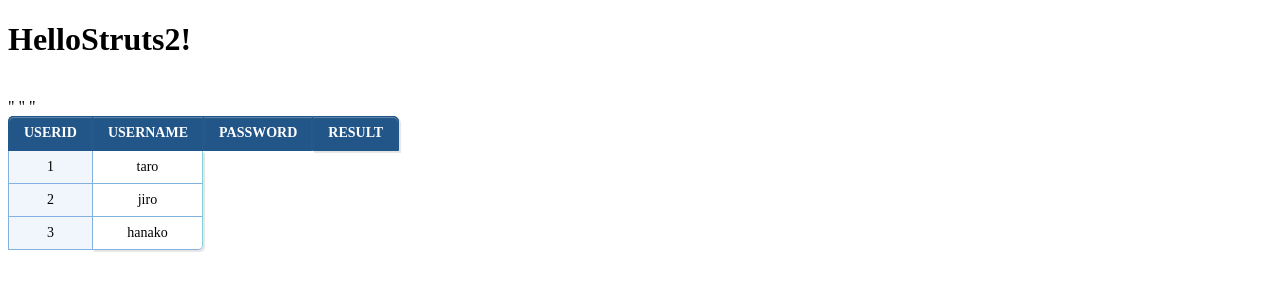
Repository: iuvfag/test
Page: http://localhost/WebProj4/HelloStrutsAction.action
An editor plug-in stored every save of this project. The page is shown before and after the next save, followed by the edit.
The browser window is 1280 px wide. The pictures show the whole page.
The page is served by Tomcat 9. Other server files are loaded and not shown. The database holds what the project's SQL file puts in it.

Above is the page before, as saved 2018-06-29 01:16:46.

### WebProj4/WebContent/hello.jsp
<%@ page language="java" contentType="text/html; charset=UTF-8"
    pageEncoding="UTF-8"%>
<%@ taglib prefix="s" uri="/struts-tags" %>
<!DOCTYPE html>
<html>
	<head>
		<meta charset="UTF-8">
		<link rel="stylesheet" type="text/css" href=".css/style.css">
		<title>HelloStruts</title>
	</head>
	<body>

		<h1>HelloStruts2!</h1>
		<br>

		<table>
			<tbody>
				<tr>
					<th>USERID</th>
					<th>USERNAME</th>
					<th>PASSWORD</th>
					<th>RESULT</th>
				</tr>

			<s:iterator value="helloStrutsDTOList">
			<!-- Listの中身を一覧表示 -->

				<tr>
					<td><s:property value="userId" /></td>
					<td><s:property value="userName" /></td>"



			</s:iterator>
			</tbody>
		</table>

	</body>
</html>

### WebProj4/src/com/internousdev/webproj4/dto/HelloStrutsDTO.java
package com.internousdev.webproj4.dto;

public class HelloStrutsDTO {

	private int userId;
	private String userName;
	private String password;
	private String result;

	public int getUserId(){
		return userId;
	}

	public void setUserId(int userId){
		this.userId = userId;
	}

	public String getUserName(){
		return userName;
	}

	public void setUserName(String userName){
		this.userName = userName;
	}

	public String getPassword(){
		return password;
	}

	public void setPassword(String password){
		this.password = password;
	}

	public String getResult(){
		return result;
	}

	public void setResult(String result){
		this.result = result;
	}


}

### WebProj4/src/com/internousdev/webproj4/dao/HelloStrutsDAO.java
package com.internousdev.webproj4.dao;

import java.sql.Connection;
import java.sql.PreparedStatement;
import java.sql.ResultSet;
import java.sql.SQLException;
import java.util.ArrayList;
import java.util.List;

import com.internousdev.webproj4.dto.HelloStrutsDTO;
import com.internousdev.webproj4.util.DBConnector;

public class HelloStrutsDAO {

	List<HelloStrutsDTO> helloStrutsDTOList = new ArrayList<HelloStrutsDTO>();

	public List<HelloStrutsDTO> sselect(){
		/**
		 * HelloStrutsDTO型のListを宣言する
		 */

		DBConnector db = new DBConnector();
		Connection con = db.getConnection();

		String sql = "select * from users";

		try{
			PreparedStatement ps = con.prepareStatement(sql);
			ResultSet rs = ps.executeQuery();

			while(rs.next()){
				HelloStrutsDTO dto = new HelloStrutsDTO();
				dto.setUserId(rs.getInt("user_id"));
				dto.setUserName(rs.getString("user_name"));
				dto.setPassword(rs.getString("password"));
				dto.setResult("MySQLと接続できます。");
				helloStrutsDTOList.add(dto);

			}

		}catch(SQLException e ){
			e.printStackTrace();
		}
		try{
			con.close();
		}catch(SQLException e ){
			e.printStackTrace();
		}
		return helloStrutsDTOList;


	}



}

### WebProj4/src/com/internousdev/webproj4/util/DBConnector.java
package com.internousdev.webproj4.util;

import java.sql.Connection;
import java.sql.DriverManager;
import java.sql.SQLException;

public class DBConnector {
	/**
	 * JDBCドライバー名
	 */
	private static String driverName = "com.mysql.jdbc.Driver";
	/**
	 * データベース接続URL
	 */
	private static String url = "jdbc:mysql://localhost/testdb";
	/**
	 * データベース接続ユーザ名
	 */
	private static String user = "root";
	/**
	 * データベース接続パスワード
	 */
	private static String password = "mysql";

	public Connection getConnection(){
		Connection con = null;

		try{
			Class.forName(driverName);
			con = DriverManager.getConnection(url,user,password);
		}catch(ClassNotFoundException e){
			e.printStackTrace();
		}catch(SQLException e ){
			e.printStackTrace();
		}
		return con;
	}

}

### WebProj4/WebContent/css/style.css
table {
	width: auto;
	border-spacing: 0;
	font-size: 14px;
}

table th{
	color:#fff;
	padding: 8px 15px;
	background:#258;
	background: -moz-linear-gradient(rgba(34,85,136,0.7),rgba(34,85,136,0.9) 50%);
	/* 2偮傑偨偼偦傟埲忋偺怓偺娫偱僌儔僨乕僔儑儞傪巜掕偡傞僐乕僪 */
	/* rgba偼怓傪巜掕偟偮偮攚宨偺傒傪摟夁偝偣傞 */
	background: -webkit-gradient(linear,100% 50%, from(rgba(34,85,136,0.7)), to(rgba(34,85,136,0.9)));
	/* 2偮傑偨偼偦傟埲忋偺怓偺娫偱僌儔僨乕僔儑儞傪巜掕偡傞僐乕僪
	moz-偼mozilla宯偺僽儔僂僓傪丄webkit-偼webkit宯偺僽儔僂僓傪巜掕 */
	font-weight:bold;
	border-left:1px solid #258;
	border-top:1px solid #258;
	border-bottom:1px solid #258;
	line-height: 120%;
	text-align: center;
	text-shadow:0 -1px 0 rgba(34,85,136,0.9);
	box-shadow: 0px 1px 1px rgba(255,255,255,0.3) inset;

}

table th:first-child{
	border-radius: 5px 0 0 0;
}

table th:last-child{
	border-radius:0 5px 0 0;
	border-right:1px solid #258;
	box-shadow: 2px 2px 1px rgba(0,0,0,0.1),0px 1px 1px rgba(255,255,255,0.3) inset;
}

table tr td{
	padding: 8px 15px;
	border-bottom: 1px solid #84b2e0;
	border-left: 1px solid #84b2e0;
	text-align: center;
}

table tr td:last-child{
	border-right: 1px solid #84d2e0;
	box-shadow: 2px 2px 1px rgba(0,0,0,0.1);
}

table tr{
	background: #fff;
}

table tr td:nth-child(2n-1){
	background:#f1f6fc;
}

table tr:last-child td:last-child{
	border-radius:0 0 5px 0;
}

table tr:hover{
	background: #bbd4ee;
	cursor:pointer;
	/* 儅僂僗偺僇乕僜儖傪巜掕偡傞応崌偵巊梡 */
}

### WebProj4/sql/testdb.sql (the tables this page reads)
create table users(
	user_id int primary key auto_increment,
	user_name varchar(255),
	password varchar(255)
);

insert into users values(1,"taro","123");

insert into users values(2,"jiro","456");

insert into users values(3,"hanako","789");

After the next save:
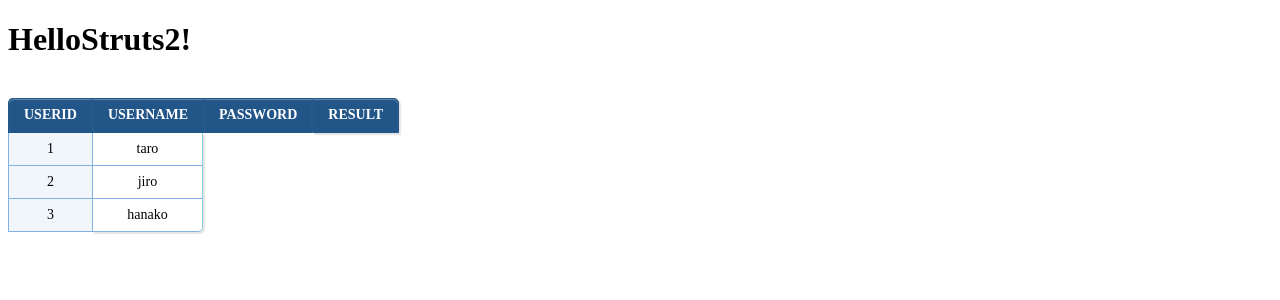
Saved 21 s later.
--- a/WebProj4/WebContent/hello.jsp
+++ b/WebProj4/WebContent/hello.jsp
@@ -27,7 +27,7 @@
 
 				<tr>
 					<td><s:property value="userId" /></td>
-					<td><s:property value="userName" /></td>"
+					<td><s:property value="userName" /></td>
 
 
 
